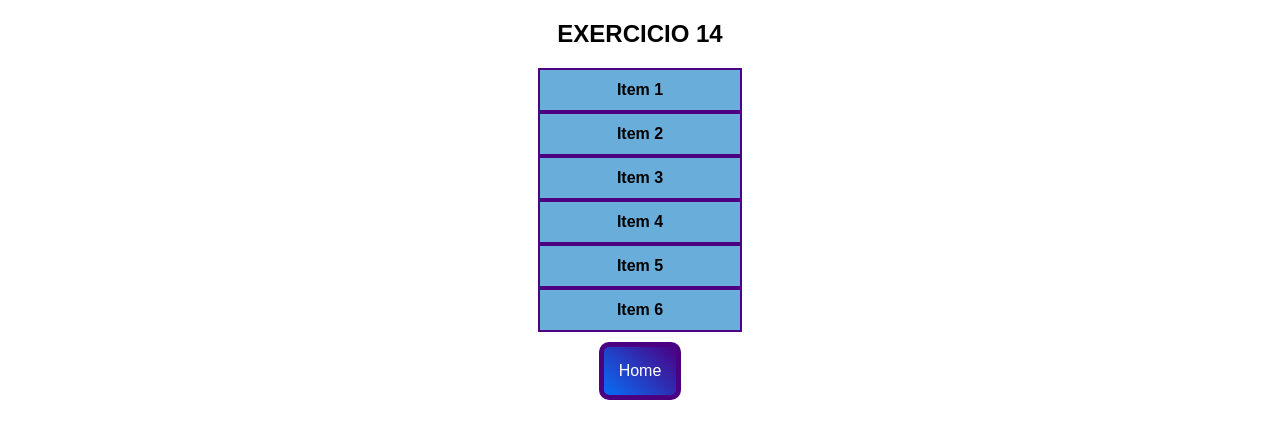
Repository: Elianmrey/TP1-Mobile-First
Page: EXERCISES/EX_14/index.html
An editor plug-in stored every save of this project. The page is shown before and after a run of saves, followed by the edit.
The browser window is 1280 px wide. The pictures show the whole page.

Above is the page before, as saved 2024-08-05 16:53:50.

### EXERCISES/EX_14/index.html
<!DOCTYPE html>
<html lang="en">

<head>
  <link href="style.css" rel="stylesheet" type="text/css" />
  <meta charset="UTF-8">
  <meta name="viewport" content="width=device-width, initial-scale=1.0">
  <title>Document</title>
</head>

<body>

  <div class="titulo">
    <h2>EXERCICIO 14</h2>
  </div>


      <div class="item">Item 1</div>
      <div class="item">Item 2</div>
      <div class="item">Item 3 </div>

      <div class="item">Item 4</div>
      <div class="item">Item 5</div>
      <div class="item">Item 6</div>


  <a href="../../index.html" class="link-home">Home</a>
</body>

</html>

### EXERCISES/EX_14/style.css
body
{
display: flex ;
flex-direction: column;
margin: 0;
padding: 0;
font-family: sans-serif;
justify-content: center;
align-items:center;


}
.titulo
{
  text-align: center;
}
/*
.container-principal
{

  justify-content: center;
  gap: 10px;
  border: groove 5px rgb(36, 29, 107);
  padding: 5%;
  width: 1000px;
  background-color: rgb(109, 171, 212);
}
.container-central
{
  display: flex;
  flex-direction: row;
  flex-wrap: wrap;
  border: groove 5px blue;
  gap: 10px;
  width: 750px;
  height: 200px;
  justify-content: space-around;
  align-items: center;
  background-color: rgb(148, 120, 224);
}*/
 .item
 {
display: flex;
justify-content: center;
align-items: center;
width: 200px;
height: 40px;
list-style: none;
font-family: sans-serif;
font-weight: 600;
border: solid 2px indigo;
 background-color: rgb(105, 173, 218);
}


.link-home
{
  margin-top: auto;
  margin: 10px;
  padding: 15px;
  text-decoration: none;
  color: white;
  border: solid 5px indigo;
  border-radius: 10px;;
  background: linear-gradient(45deg, rgb(6, 110, 245), rgb(74, 1, 133))
}

After the next 7 saves:
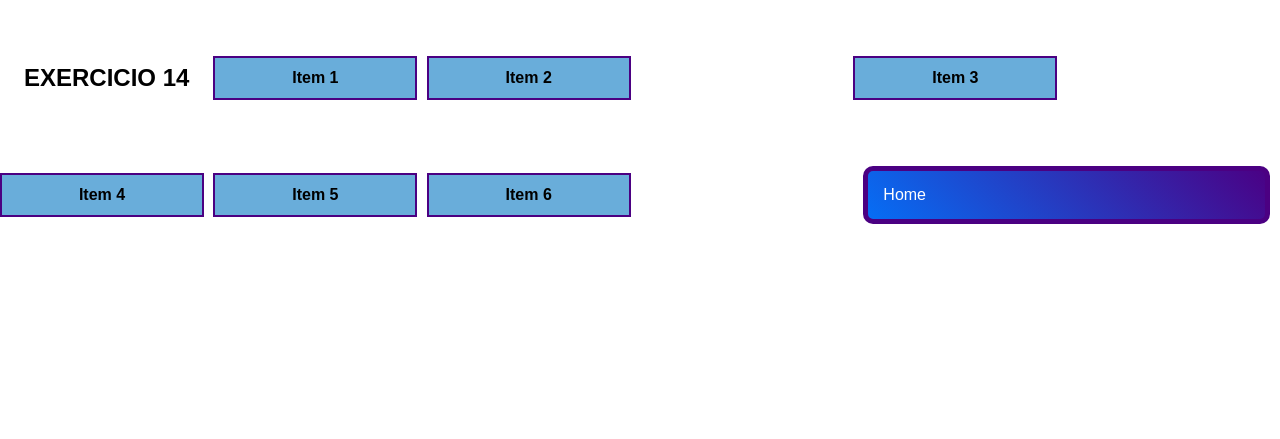
The 7 saves are shown as one change because they came seconds apart.
The last was saved 18 s later.
--- a/EXERCISES/EX_14/style.css
+++ b/EXERCISES/EX_14/style.css
@@ -7,7 +7,9 @@ padding: 0;
 font-family: sans-serif;
 justify-content: center;
 align-items:center;
-
+display: grid;
+grid-template-columns:  1fr 1fr 2fr 2fr;
+grid-template-rows:  2fr 1fr 2fr;
 
 }
 .titulo
